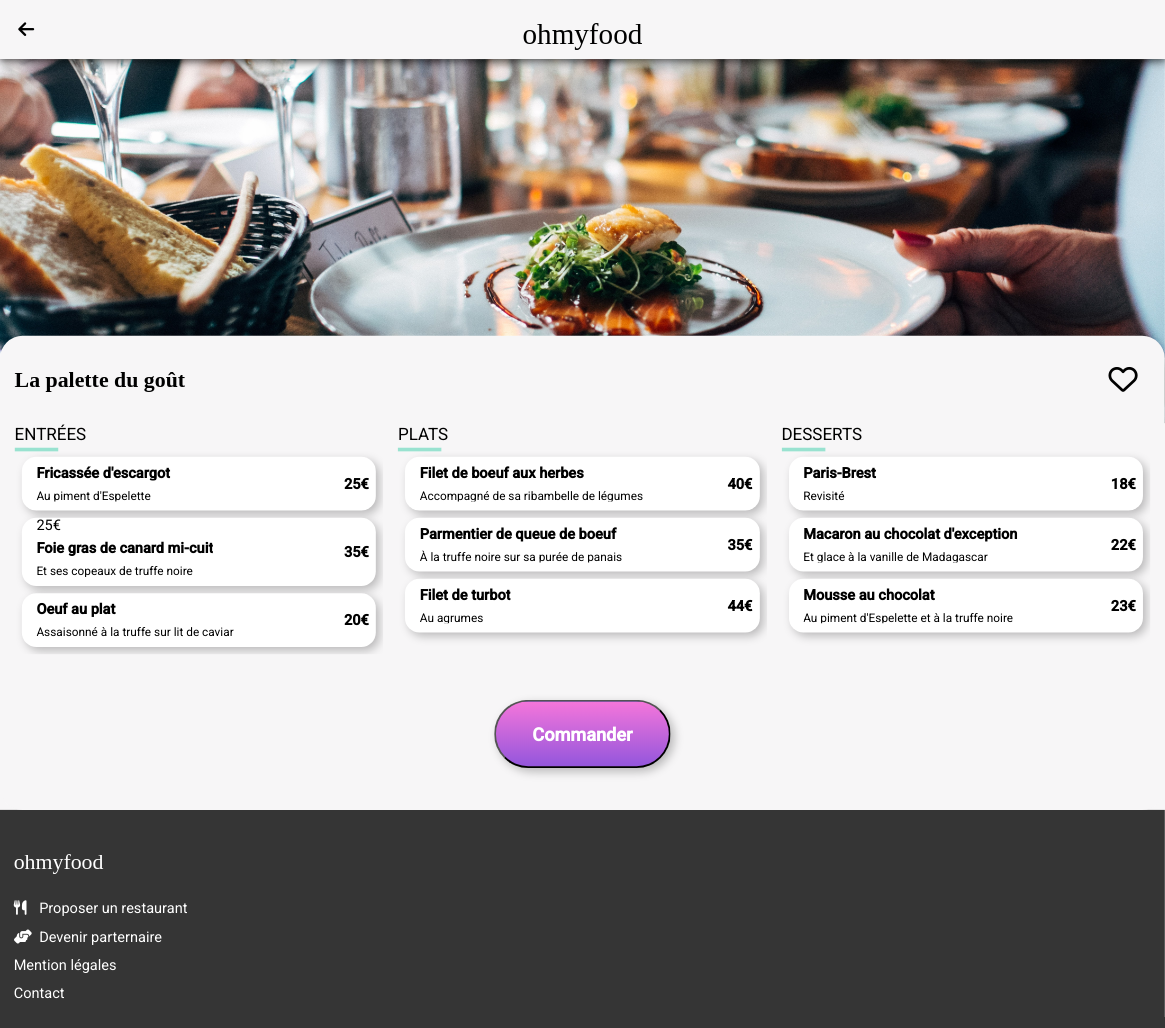
Repository: B-T-N/oc-projet3-
Page: page-menu/La_palette_du_gout.html
The author's editor kept a copy of each file at every save. The page is drawn from the files as they stood at one save, then again after a run of saves.
The browser window is 1280 px wide. The pictures show the whole page, at 91% of full size.
Some web fonts or font styles are not loaded; a fallback is used. Some web libraries are served in a nearby version. The style sheet was rebuilt from its Sass, Less or Tailwind sources for each picture, by a compiler version that may differ from the author's.

Above is the page before, as saved 2022-10-24 15:00:08.

After the next 2 saves:
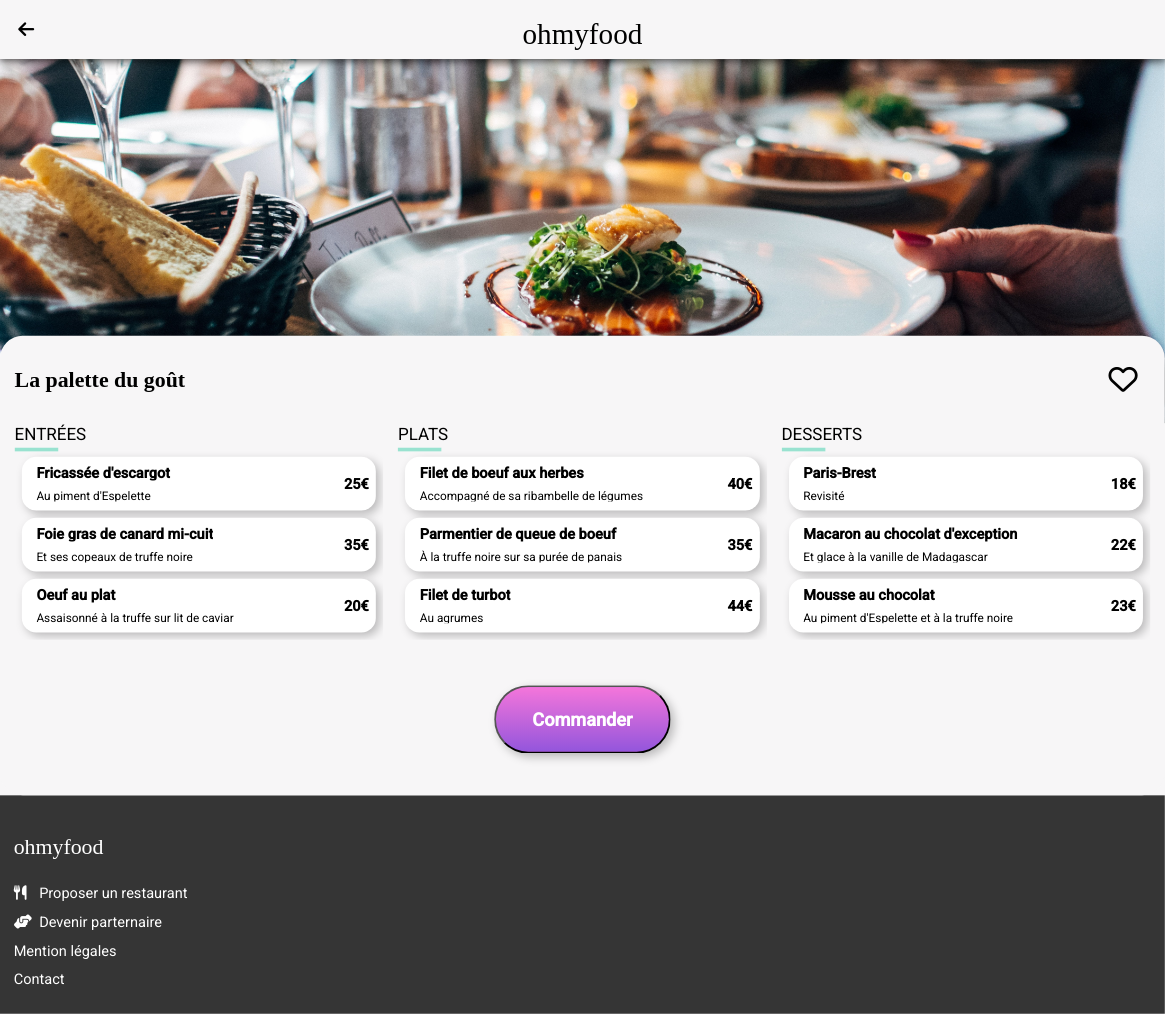
The 2 saves are shown as one change because they came seconds apart.
The last was saved 21 h 49 min later.
--- a/page-menu/La_palette_du_gout.html
+++ b/page-menu/La_palette_du_gout.html
@@ -48,7 +48,6 @@
             </div>
             <div class="card__menu">
               <div class="card__plat__description">
-                25€
 
                 <h4>Foie gras de canard mi-cuit</h4>
                 <p>Et ses copeaux de truffe noire</p>
